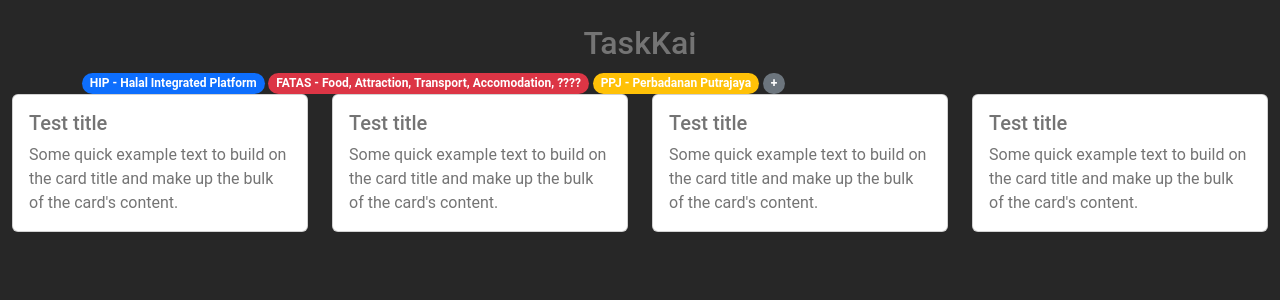
Repository: faizhakimi99/TaskKai
Page: src/views/index.html
An editor plug-in stored every save of this project. The page is shown before and after the next save, followed by the edit.
The browser window is 1280 px wide. The pictures show the whole page.

Above is the page before, as saved 2025-01-27 12:38:09.

After the next save:
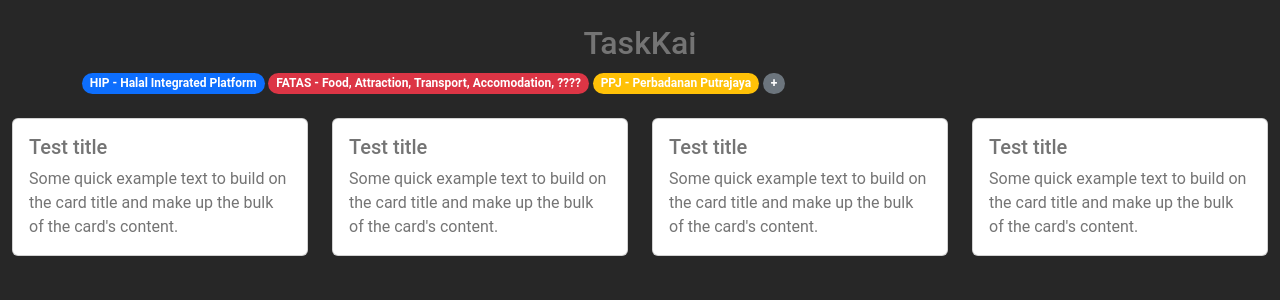
Saved 13 s later.
--- a/src/views/index.html
+++ b/src/views/index.html
@@ -30,7 +30,7 @@
         </div>
     </div>
 
-    <div id="kanban-project" class="container-fluid">
+    <div id="kanban-project" class="container-fluid mt-4">
         <div class="row">
             <div class="col-lg-3">
                 <div class="card h-100">
